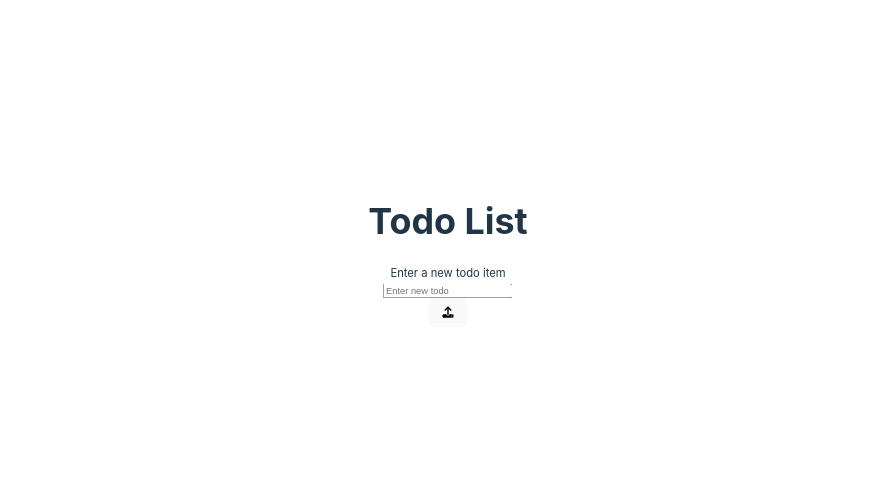
Repository: sinchana-P/rtk-query-todo
Page: /
An editor plug-in stored every save of this project. The page is shown before and after a run of saves, followed by the edit.
The browser window is 1280 px wide. The pictures show the part of the page from y = 0 to 1920 px (the page is 720 px tall before and 5078 px after), at 70% of full size.
The project was rebuilt for these pictures with package versions that can differ from the ones it lists, and the page was loaded fresh each time. Requests to the local data server were answered from the project's data file. Also part of the build but not shown: vite.config.js.

Above is the page before, as saved 2023-11-29 07:46:58.

### src/main.jsx
import React from 'react'
import ReactDOM from 'react-dom/client'
import App from './App.jsx'
import './index.css'

import { ApiProvider } from '@reduxjs/toolkit/query/react'
import { apiSlice } from './features/api/apiSlice'

ReactDOM.createRoot(document.getElementById('root')).render(
  <React.StrictMode>
    <ApiProvider api={apiSlice}>
      <App />
    </ApiProvider>
  </React.StrictMode>,
)

// Note:
// React v18 index (main) changes

### src/App.jsx
import TodoList from './features/todos/TodoList'
import './App.css'

function App() {

  return (
    <TodoList />
  )
}

export default App

### src/features/api/apiSlice.js
import { createApi, fetchBaseQuery } from '@reduxjs/toolkit/query/react'

export const apiSlice = createApi({
    reducerPath: 'api',         // default
    baseQuery: fetchBaseQuery({ baseUrl: 'http://localhost:3500' }),
    endpoints: (builder) => ({
        getTodos: builder.query({
            query: () => '/todos',        // anonymous function // '/todos' will be attached to the baseUrl
        }),
        addTodo: builder.mutation({
            query: (todo) => ({         // "todo" is specified, coz it needs a new todo.
                url: '/todos',
                method: 'POST',
                body: todo
            })
        }),
        updateTodo: builder.mutation({
            query: (todo) => ({
                url: `/todos/${todo.id}`,
                method: 'PATCH',        // to update part of the record
                body: todo
            })
        }),
        deleteTodo: builder.mutation({
            query: ({ id }) => ({    // "({ id })": destructuring from todo
                url: `/todos/${id}`,
                method: 'DELETE',        // to update part of the record
                body: id
            })
        })

    })

})


export const {
    useGetTodosQuery,
    useAddTodoMutation,
    useUpdateTodoMutation,
    useDeleteTodoMutation
} = apiSlice

// Here we r using, json server with our local dev environment.
// So: baseUrl: 'http://localhost:3500'

// Feature on RTK-Query:
// It creates "custom hooks" based on the methods that we provide.

### src/features/todos/TodoList.jsx
//  --- add imports ---
import {
    useGetTodosQuery,
    useAddTodoMutation,
    useUpdateTodoMutation,
    useDeleteTodoMutation
} from '../api/apiSlice'
//  --- add imports ---

import { FontAwesomeIcon } from '@fortawesome/react-fontawesome'
import { faTrash, faUpload } from '@fortawesome/free-solid-svg-icons'
import { useState } from 'react'

const TodoList = () => {

    const [newTodo, setNewTodo] = useState('');

    // --- start ---- destructuring content from "useGetTodosQuery"
    const {
        data: todos,
        isLoading,
        isSuccess,
        isError,
        error
    } = useGetTodosQuery()
    // -- end ---- destructuring content from "useGetTodosQuery"

    console.log(useGetTodosQuery());
    // o/p:
    // data: Array(200)
    // endpointName:  "getTodos"
    // fulfilledTimeStamp: 1701222421416
    // isError: false
    // isFetching: false
    // isLoading: false
    // isSuccess: true
    // isUninitialized: false
    // console.log(useGetTodosQuery.data);

    // we r getting only the functions from these hooks:
    const [addTodo] = useAddTodoMutation()
    const [updateTodo] = useUpdateTodoMutation()
    const [deleteTodo] = useDeleteTodoMutation()


    const handleSubmit = (e) => {
        e.preventDefault();
        // -- start -- addTodo
        addTodo({ userId: 1, title: newTodo, completed: false })
        // -- end -- addTodo
        setNewTodo('')
    }

    const newItemSection =
        <form onSubmit={handleSubmit}>
            <label htmlFor='new-todo'>Enter a new todo item</label>
            <div className='new-todo'>
                <input
                    type='text'
                    id='new-todo'
                    value={newTodo}
                    onChange={(e) => setNewTodo(e.target.value)}
                    placeholder='Enter new todo'
                />
            </div>
            <button className='submit'>
                <FontAwesomeIcon icon={faUpload} />
            </button>
        </form>

    let content;
    // --- Define conditional content ---
    if (isLoading) {
        content = <p>Loading...</p>
    } else if (isSuccess) {
        // content = JSON.stringify(todos)
        content = todos.map(todo => {

        })
    } else if (isError) {
        content = <p>{ error }</p>
    }
    // --- Define conditional content ---

  return (
    <main>
          <h1>Todo List</h1>
          {newItemSection}
          {content}
    </main>
  )
}

export default TodoList

Loaded but not shown: index.html (common file); src/index.css (common file); src/App.css (common file); data/db.json (1204 lines, source omitted)

After the next 7 saves:
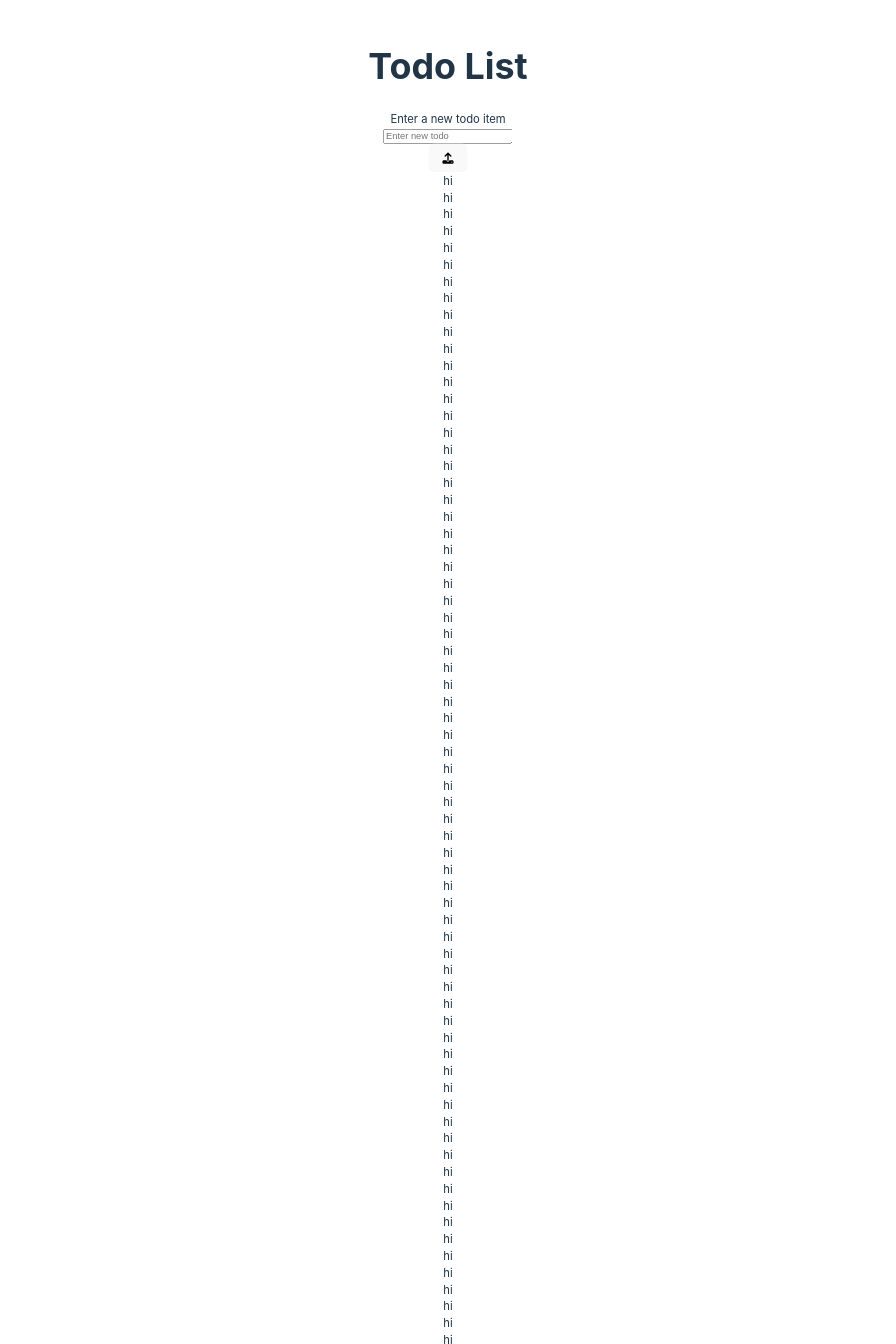
The 7 saves are shown as one change because they came seconds apart.
The last was saved 18 s later.
--- a/src/features/todos/TodoList.jsx
+++ b/src/features/todos/TodoList.jsx
@@ -75,7 +75,13 @@ const TodoList = () => {
     } else if (isSuccess) {
         // content = JSON.stringify(todos)
         content = todos.map(todo => {
-
+            return (
+                <article>
+                    <div>
+                        hi
+                    </div>
+                </article>
+            )
         })
     } else if (isError) {
         content = <p>{ error }</p>
